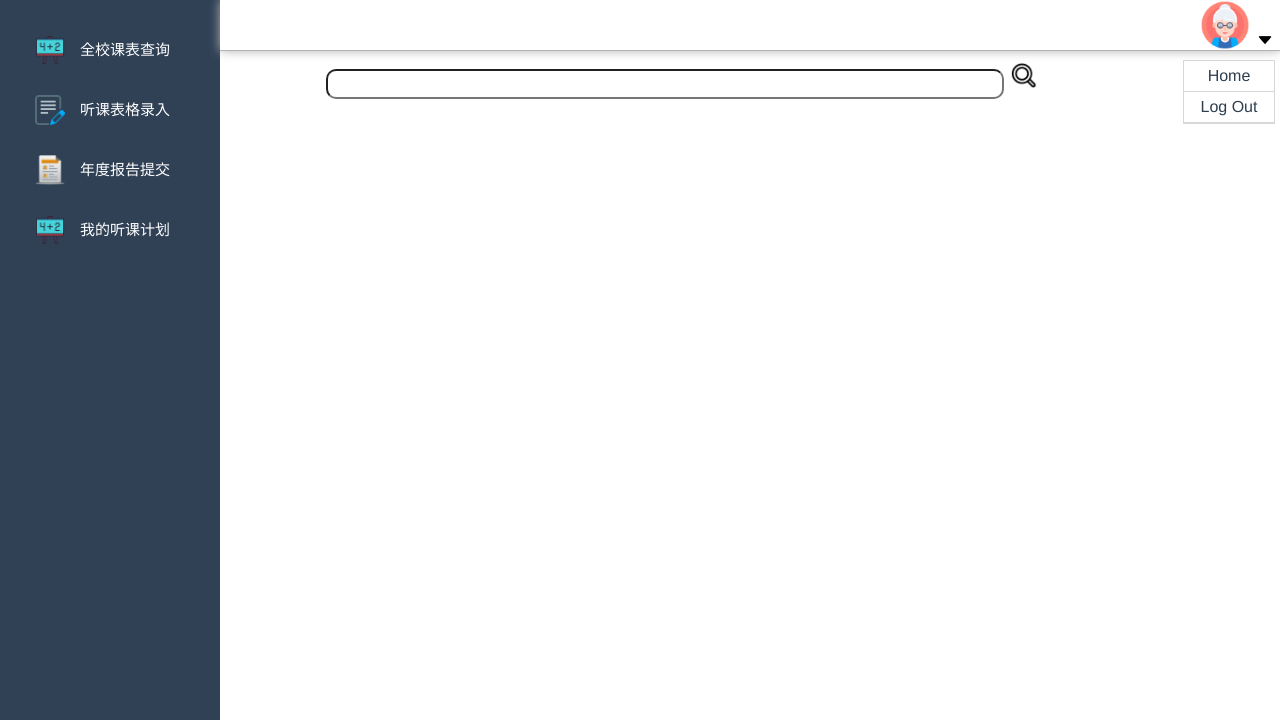
Repository: shandamengcheng/graduate-project
Page: /home
The author's editor kept a copy of each file at every save. The page is drawn from the files as they stood at one save, then again after the next save.
The browser window is 1280 px wide. The pictures show the whole page.
The project was rebuilt for these pictures with package versions that can differ from the ones it lists, and the page was loaded fresh each time. Also part of the build but not shown: src/views/Login.vue.

Above is the page before, as saved 2021-03-14 12:43:02.

After the next save:
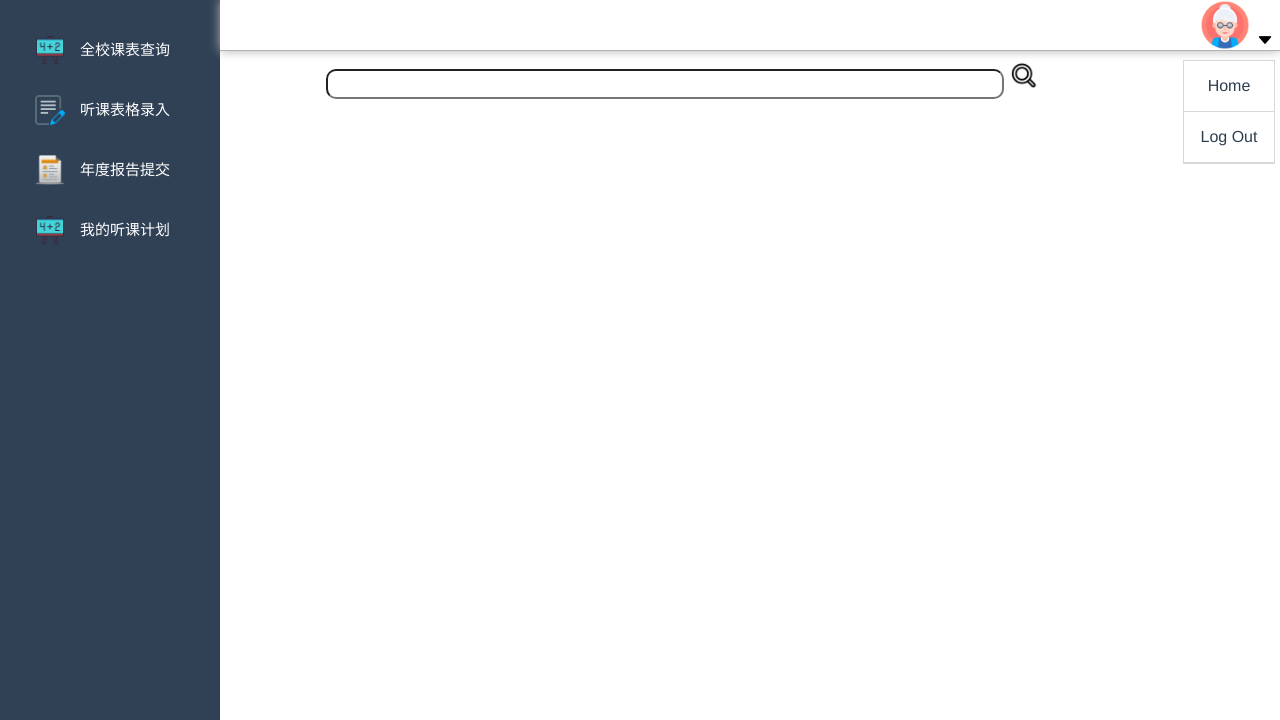
Saved 12 s later.
--- a/src/components/NavigationBar.vue
+++ b/src/components/NavigationBar.vue
@@ -46,8 +46,8 @@ export default {
   padding: 0;
 }
 .avatar-menu li {
-  height: 30px;
+  height: 50px;
   border-bottom: .5px solid rgba(180, 178, 178, .5);
-  line-height: 30px;
+  line-height: 50px;
 }
 </style>
